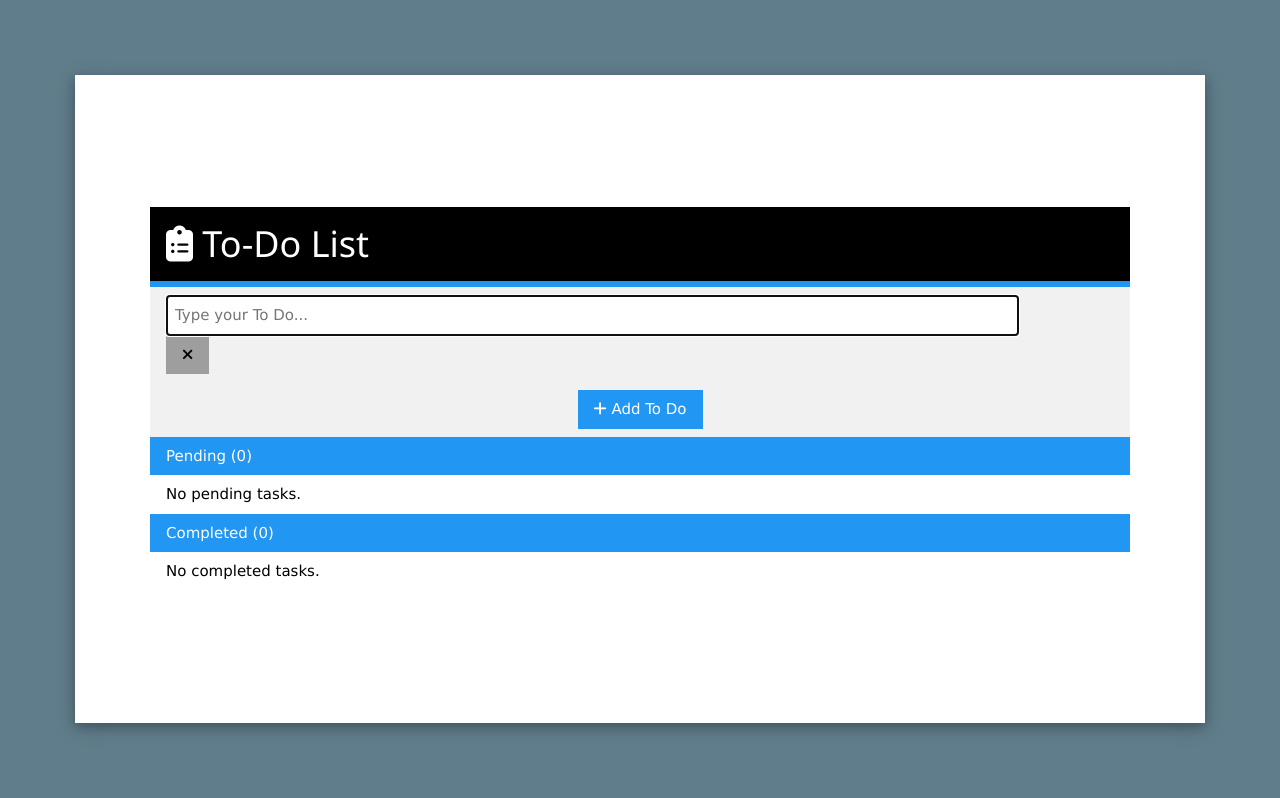
Repository: bclover/vue3-design-patterns-book
Page: /
The author's editor kept a copy of each file at every save. The page is drawn from the files as they stood at one save, then again after the next save.
The browser window is 1280 px wide. The pictures show the whole page.
The project was rebuilt for these pictures with package versions that can differ from the ones it lists, and the page was loaded fresh each time. Also part of the build but not shown: vite.config.ts.

Above is the page before, as saved 2023-06-19 22:50:13.

### index.html
<!DOCTYPE html>
<html lang="en">
    <head>
        <meta charset="UTF-8" />
        <link rel="icon" type="image/svg+xml" href="/vite.svg" />
        <link rel="stylesheet" href="/css/w3.css" />
        <link rel="stylesheet" href="/css/fontawesome.min.css" />
        <link rel="stylesheet" href="/css/solid.min.css" />
        <link rel="stylesheet" href="/css/brands.min.css" />
        <meta name="viewport" content="width=device-width, initial-scale=1.0" />
        <title>To Do</title>
    </head>
    <body>
        <div id="app"></div>
        <script type="module" src="/src/main.ts"></script>
    </body>
</html>

### src/App.vue
<script lang="ts" setup>
import ToDos from './components/ToDos.vue';
</script>

<template>
  <div class="app w3-blue-gray">
    <ToDos></ToDos>
  </div>
</template>

<style scoped>
.app {
  display: flex;
  justify-content: center;
  width: 100vw;
  min-height: 100vh;
  padding: 5rem;
}
</style>

### src/components/ToDos.vue
<script lang="ts" setup>
import { computed, ref } from 'vue';

interface ToDo {
  id: number;
  text: string;
  checked: boolean;
}
const _todo_text = ref('');
const _todo_list = ref<ToDo[]>([]);
const _pending = computed(() => {
  return _todo_list.value.filter((todo: ToDo) => !todo.checked);
});
const _done = computed(() => {
  return _todo_list.value.filter((todo: ToDo) => todo.checked);
});
function clearToDo(): void {
  _todo_text.value = '';
}
function addToDo() {
  if (_todo_text.value && _todo_text.value !== '') {
    _todo_list.value.push({
      id: new Date().valueOf(),
      text: _todo_text.value,
      checked: false,
    });
    clearToDo();
  }
}
</script>

<template>
  <div class="todo-container w3-white w3-card-4">
    <!-- Header -->
    <div class="w3-container w3-black w3-margin-0 w3-bottombar w3-border-blue">
      <h1>
        <i class="fa-solid fa-clipboard-list"></i>
        To-Do List
      </h1>
    </div>

    <!-- Remove & Add Buttons -->
    <div class="w3-container flex-container w3-light-gray w3-padding">
      <input
        class="w3-input w3-border"
        type="text"
        style="width: 90%"
        autofocus
        v-model="_todo_text"
        @keyup.enter="addToDo()"
        placeholder="Type your To Do..."
      />
      <button class="w3-button w3-gray" @click="clearToDo()">
        <i class="fa-solid fa-times"></i>
      </button>
    </div>

    <div class="w3-container flex-container w3-light-gray w3-padding w3-center">
      <button class="w3-button w3-blue" @click="addToDo()">
        <i class="fa-solid fa-plus"></i>
        Add To Do
      </button>
    </div>

    <!-- Pending Todos Heading -->
    <div class="w3-padding w3-blue">Pending ({{ _pending.length }})</div>

    <!-- List of Pending Todos -->
    <div class="w3-padding" v-for="todo in _pending" :key="todo.id">
      <label>
        <input type="checkbox" v-model="todo.checked" />
        <span class="w3-margin-left">
          {{ todo.text }}
        </span>
      </label>
    </div>

    <!-- No Pending Tasks -->
    <div class="w3-padding" v-show="_pending.length == 0">
      No pending tasks.
    </div>

    <!-- Completed Todos Heading -->
    <div class="w3-padding w3-blue">Completed ({{ _done.length }})</div>

    <!-- List of Completed Todos -->
    <div class="w3-padding" v-for="todo in _done" :key="todo.id">
      <label>
        <input type="checkbox" v-model="todo.checked" />
        <span class="w3-margin-left">
          {{ todo.text }}
        </span>
      </label>
    </div>

    <!-- No Completed Todos -->
    <div class="w3-padding" v-show="_done.length == 0">No completed tasks.</div>
  </div>
</template>

<style scoped>
.todo-container {
  display: flex;
  flex-direction: column;
  justify-content: center;
  width: 90vw;
  min-height: 90vh;
  padding: 5rem;
}
</style>

Loaded but not shown: src/main.ts (common file); public/css/w3.css (library); public/css/fontawesome.min.css (library); public/css/solid.min.css (common file); public/css/brands.min.css (library)

After the next save:
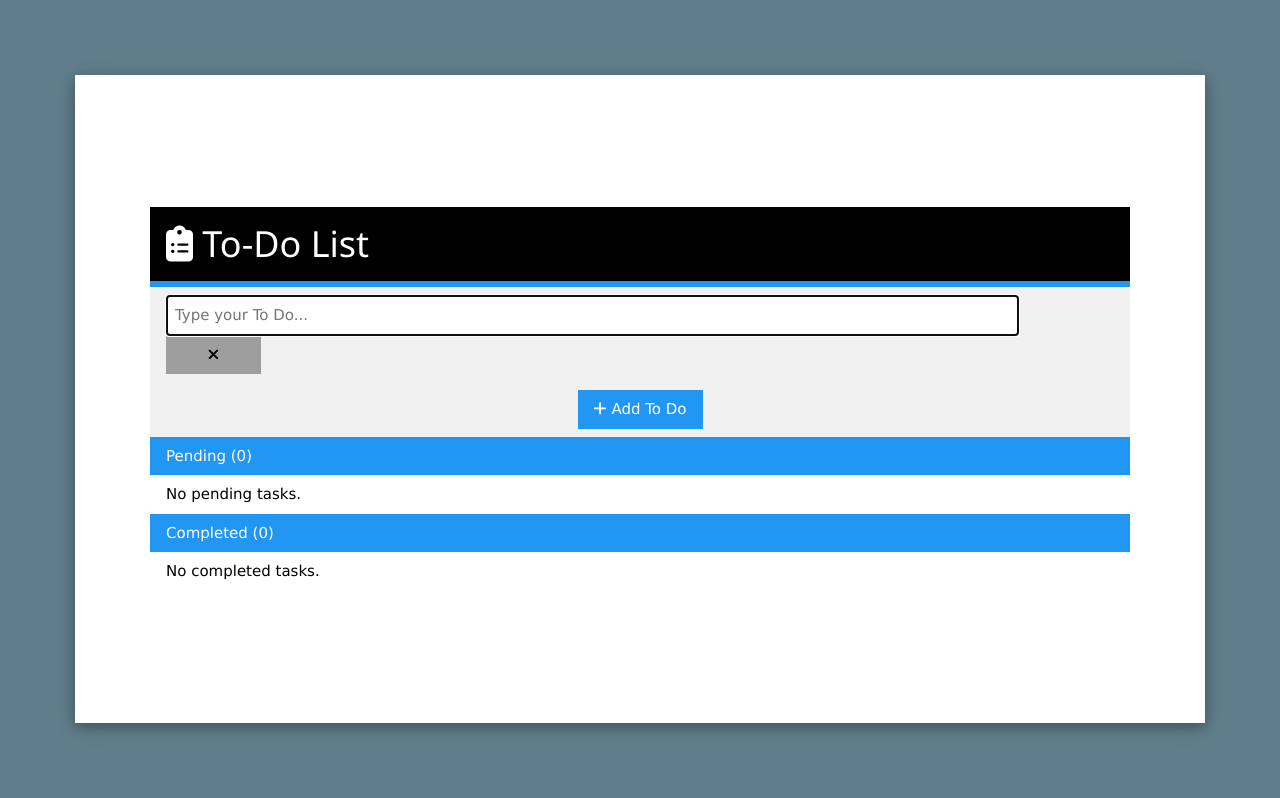
Saved 17 s later.
--- a/src/components/ToDos.vue
+++ b/src/components/ToDos.vue
@@ -50,7 +50,7 @@ function addToDo() {
         @keyup.enter="addToDo()"
         placeholder="Type your To Do..."
       />
-      <button class="w3-button w3-gray" @click="clearToDo()">
+      <button class="w3-button w3-gray" @click="clearToDo()" style="width: 10%">
         <i class="fa-solid fa-times"></i>
       </button>
     </div>
